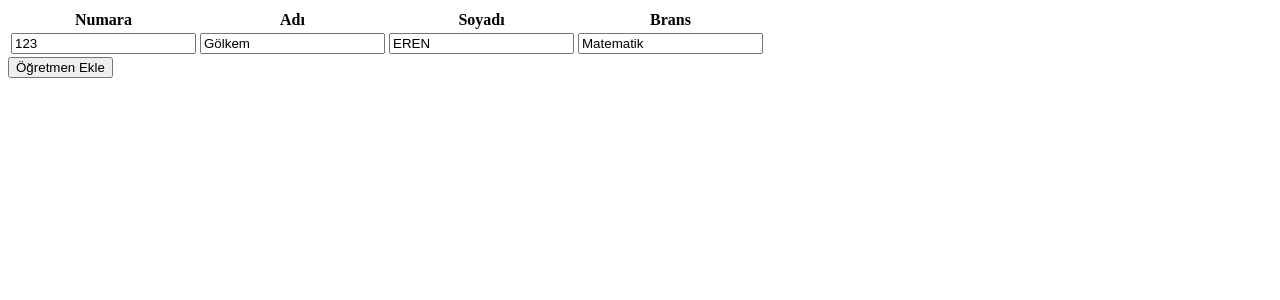
Repository: golkemeren/IleriJava101Java201Java301
Page: http://localhost/Displatcher_10/jspUseBean/OgretmenEkle.jsp
These files come from the project's save history. The page is drawn as it stood at one moment and after the next save; the edit follows.
The browser window is 1280 px wide. The pictures show the whole page.
The page is served by Tomcat 10.

Above is the page before, as saved 2023-03-23 19:29:12.

After the next save:
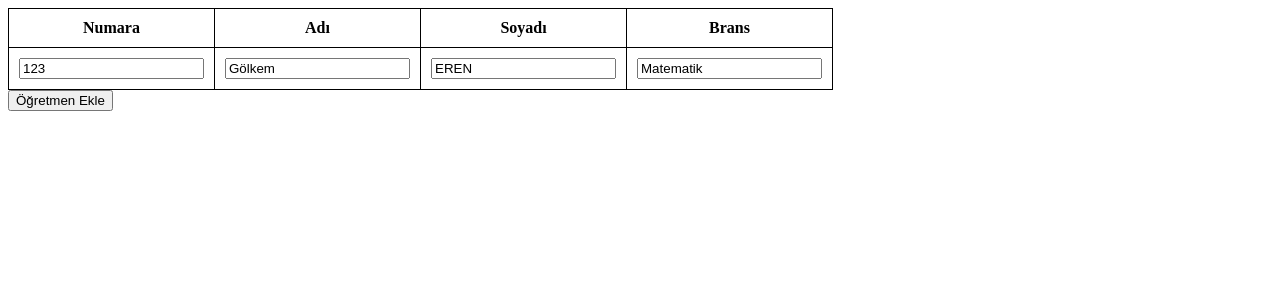
Saved 2 min 36 s later.
--- a/Displatcher_10/src/main/webapp/jspUseBean/OgretmenEkle.jsp
+++ b/Displatcher_10/src/main/webapp/jspUseBean/OgretmenEkle.jsp
@@ -37,19 +37,19 @@ padding:10px;
 </head>
 <body>
  <form action="OgretmenEkle.jsp">
-<table>
-<tr>
-  <th>Numara</th>
-  <th>Adı</th>
-  <th>Soyadı</th>
-  <th>Brans</th>
+<table class = "table">
+<tr class = "tr">
+  <th class = "th">Numara</th>
+  <th class = "th">Adı</th>
+  <th class = "th">Soyadı</th>
+  <th class = "th">Brans</th>
 </tr>
 
-<tr>
-<td><input type = "text" name= "no" value = "123"> </td>
-<td><input type = "text" name= "ad" value = "Gölkem"> </td>
-<td><input type = "text" name= "soyad" value = "EREN"> </td>
-<td><input type = "text" name= "brans" value = "Matematik"> </td>
+<tr class = "tr">
+<td class = "td"><input type = "text" name= "no" value = "123"> </td>
+<td class = "td"><input type = "text" name= "ad" value = "Gölkem"> </td>
+<td class = "td"><input type = "text" name= "soyad" value = "EREN"> </td>
+<td class = "td"><input type = "text" name= "brans" value = "Matematik"> </td>
 </tr>
 </table>
 <input type = "submit" value ="Öğretmen Ekle">
